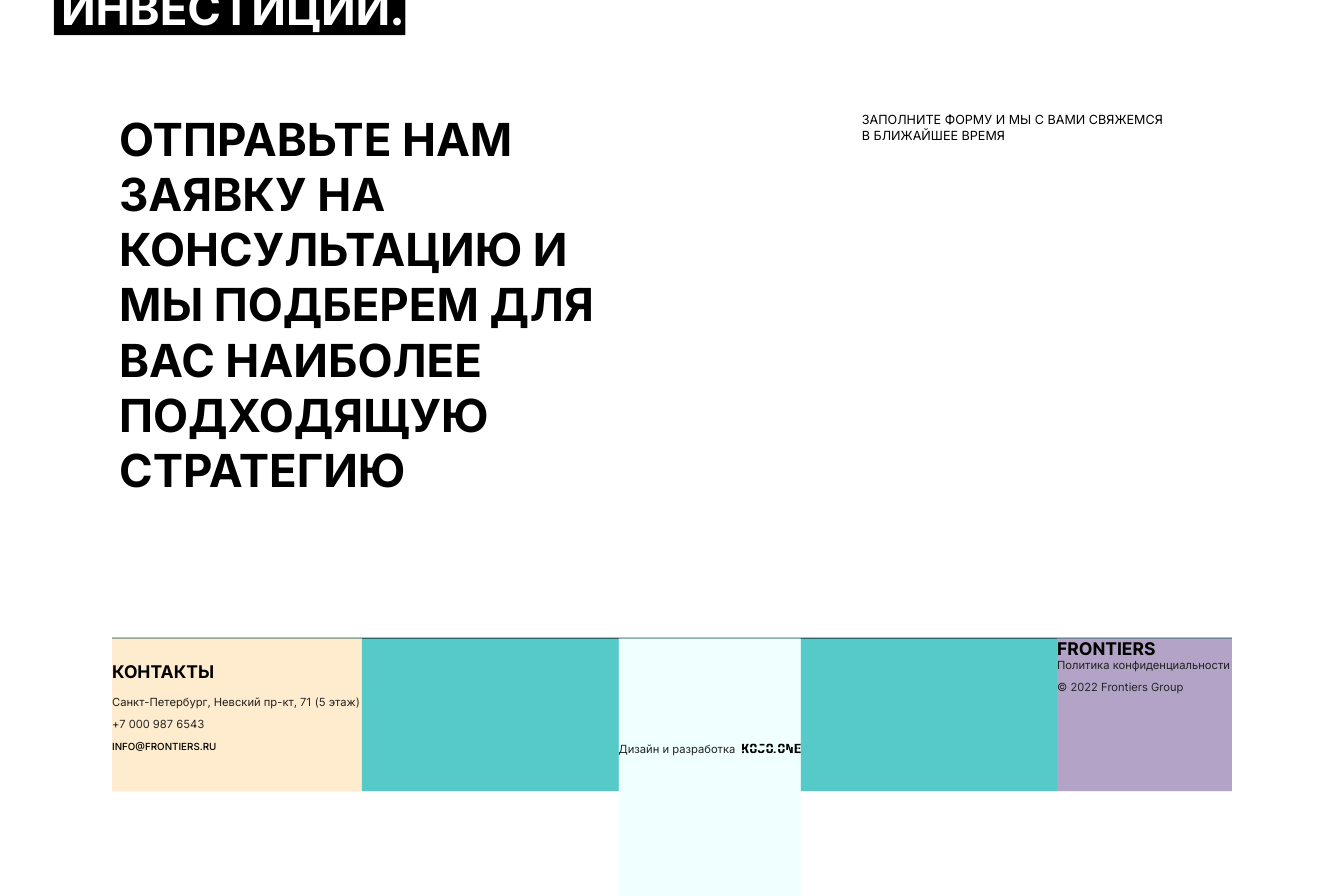
Repository: NadyaKorvin/frontiers
Page: /
An editor plug-in stored every save of this project. The page is shown before and after the next save, followed by the edit.
The browser window is 1280 px wide. The page is 1920 px wide, so the pictures cover 1920 px, including what lies to the right of the window. The pictures show the part of the page from y = 1503 to 2783 px (the page is 2783 px tall), at 70% of full size.
The project was rebuilt for these pictures with package versions that can differ from the ones it lists, and the page was loaded fresh each time.

Above is the page before, as saved 2022-05-23 15:16:28.

After the next save:
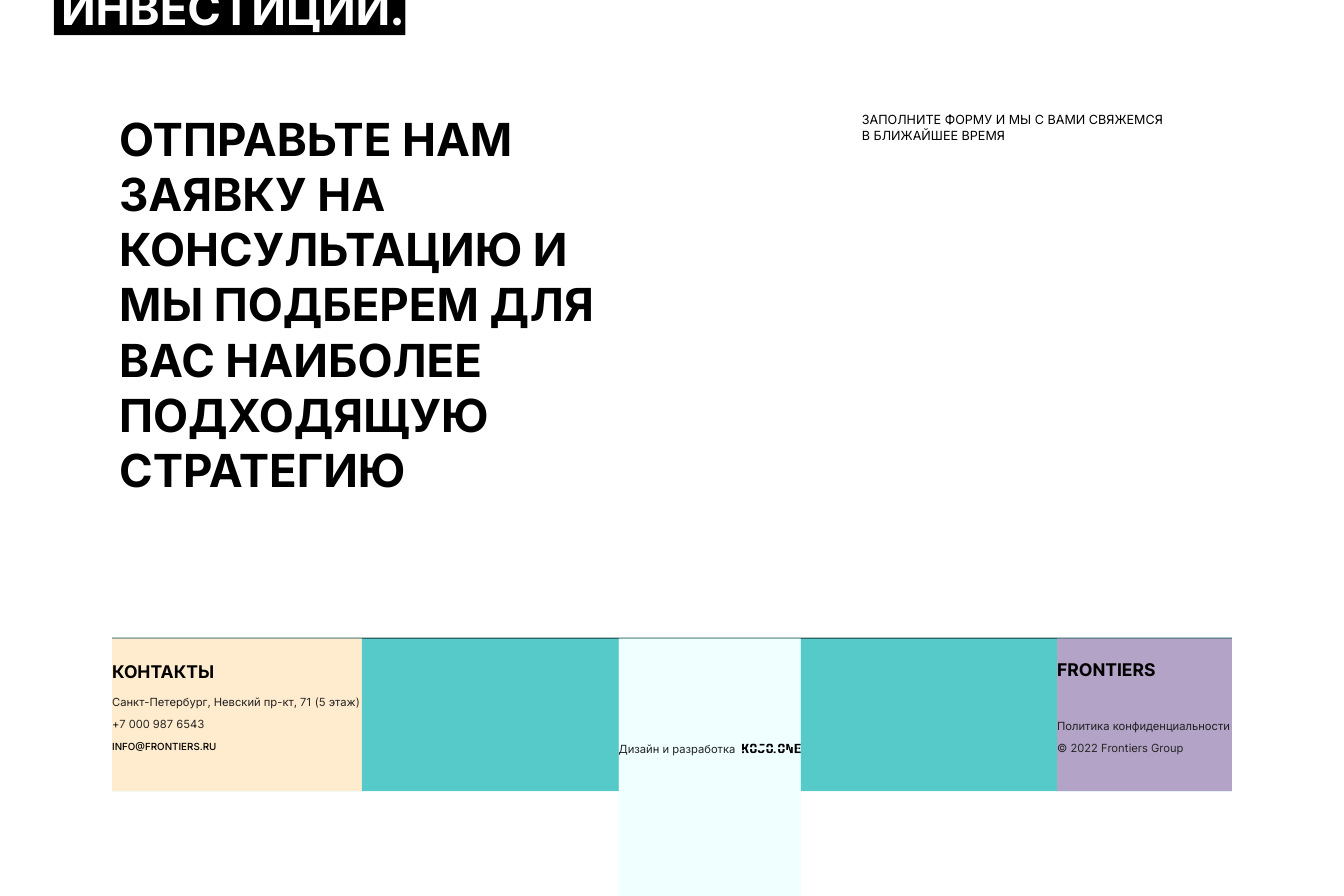
Saved 6 s later.
--- a/src/components/lastScreen/LastScreen.module.css
+++ b/src/components/lastScreen/LastScreen.module.css
@@ -97,7 +97,7 @@
 }
 
 .frontiers > p:nth-child(1) {
-    padding: 30px 0 px;
+    padding: 30px 0 57px;
     font-family: "Inter";
     font-style: normal;
     font-weight: 700;
